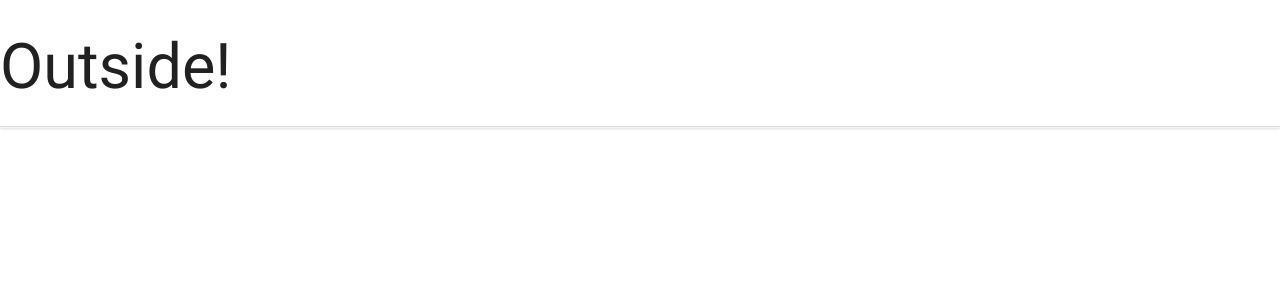
Repository: Debbiepimpo/python-miniproject
Page: http://localhost/
The author's editor kept a record of every edit. The page is drawn from the files as they stood at one moment, then again after the next edit.
The browser window is 1280 px wide. The pictures show the whole page.
Some web libraries are served in a nearby version. The page is served by the project's application, run on Flask 3 (app.py). Queries for data that is not in the repository find no rows.

Above is the page before.

### templates/tasks.html
{% extends 'base.html' %} {% block content %}

<ul class="collapsible">
    {% for task in tasks %}
    <li>
        <div class="collapsible-header"><i class="material-icons">expand_more</i> <strong>{{task.task_name}}</strong> - {{task.due_date}}
        </div>
        <div class="collapsible-body">
            <span>
                {{task.task_description}}
            </span>
        </div>
    </li>
    {% endfor %}
</ul>

{% endblock %}

### templates/base.html
<!DOCTYPE html>
<html lang="en">
<head>
    <meta charset="UTF-8">
    <meta name="viewport" content="width=device-width, initial-scale=1.0">
    <meta http-equiv="X-UA-Compatible" content="ie=edge">
    <link href="https://fonts.googleapis.com/icon?family=Material+Icons" rel="stylesheet">
    <link rel="stylesheet"  href="https://cdnjs.cloudflare.com/ajax/libs/materialize/0.100.2/css/materialize.min.css">
    <title>Task Manager</title>
</head>
<body>
    <h1>Outside!</h1>
    {% block content %}
    {% endblock %}
</body>
</html>

### app.py
import os
from flask import Flask, render_template, redirect, request, url_for
from flask_pymongo import PyMongo
from bson.objectid import ObjectId

app = Flask(__name__)
app.config["MONGO_DBNAME"] = 'task-manager'
app.config["MONGO_URI"] = os.getenv('MONGO_URI', 'mongodb://localhost')

mongo = PyMongo(app)


@app.route('/')
@app.route('/get_tasks')
def get_tasks():
    return render_template("tasks.html", tasks=mongo.db.tasks.find())


if __name__ == '__main__':
    app.run(host=os.environ.get('IP'),
            port=int(os.environ.get('PORT')),
            debug=True)

After the next edit:
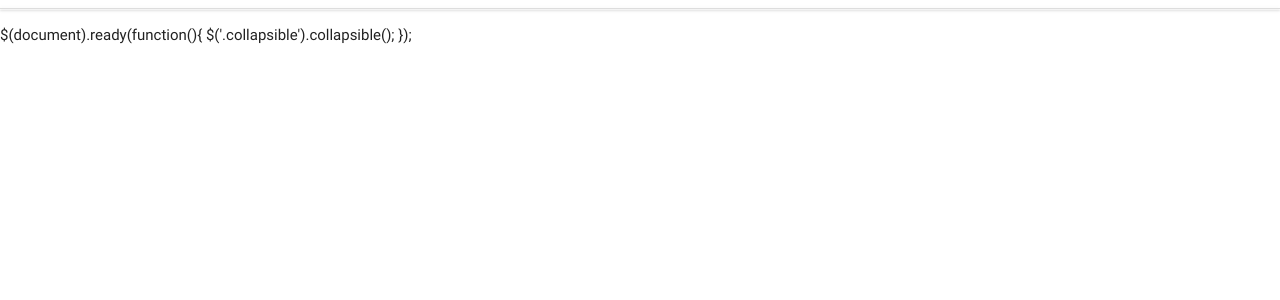
Console error: TypeError: Cannot read properties of null (reading 'addEventListener')
The edit:
--- a/templates/base.html
+++ b/templates/base.html
@@ -1,16 +1,27 @@
 <!DOCTYPE html>
 <html lang="en">
+
 <head>
     <meta charset="UTF-8">
     <meta name="viewport" content="width=device-width, initial-scale=1.0">
     <meta http-equiv="X-UA-Compatible" content="ie=edge">
     <link href="https://fonts.googleapis.com/icon?family=Material+Icons" rel="stylesheet">
-    <link rel="stylesheet"  href="https://cdnjs.cloudflare.com/ajax/libs/materialize/0.100.2/css/materialize.min.css">
+    <link rel="stylesheet" href="https://cdnjs.cloudflare.com/ajax/libs/materialize/0.100.2/css/materialize.min.css">
     <title>Task Manager</title>
 </head>
+
 <body>
-    <h1>Outside!</h1>
-    {% block content %}
-    {% endblock %}
+    {% block content %} {% endblock %}
+    <script src="https://cdnjs.cloudflare.com/ajax/libs/jquery/3.2.1/jquery.min.js"></script>
+    <script src="https://cdnjs.cloudflare.com/ajax/libs/materialize/0.100.2/js/materialize.min.js"></script>
+    $(document).ready(function(){ $('.collapsible').collapsible(); });
+    <script>
+        document.getElementById("matfix").addEventListener("click", function(e) {
+            e.stopPropagation();
+        });
+    </script>
+
+
 </body>
+
 </html>
